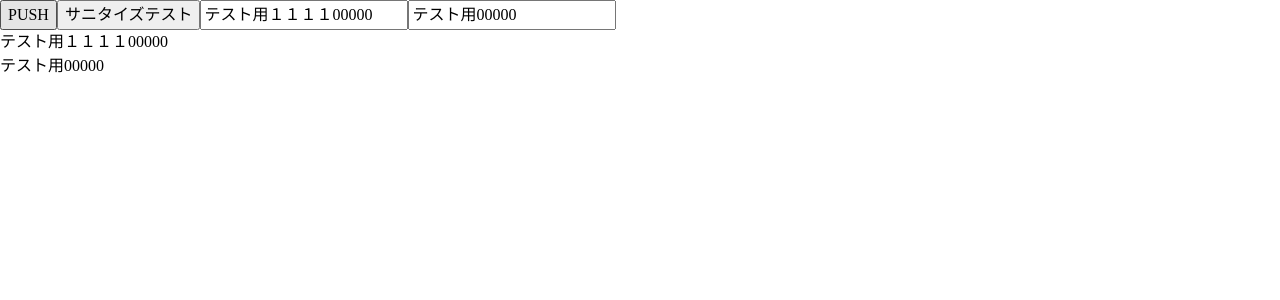
Repository: tsugitasu-japan/tsugitasu
Page: /test
These files come from the project's save history. The page is drawn as it stood at one moment and after the next save; the edit follows.
The browser window is 1280 px wide. The pictures show the whole page.
The project was rebuilt for these pictures with package versions that can differ from the ones it lists, and the page was loaded fresh each time. Also part of the build but not shown: src/views/Index.vue, src/views/SignUp.vue, src/views/Login.vue, src/views/Dashboard.vue, src/views/Profile.vue, src/views/CreateAuth.vue.

Above is the page before, as saved 2022-07-01 13:42:05.

### src/App.vue
<template>
<div>
  <router-view></router-view>
</div>
</template>

<script>

</script>

<style>

/*リセットCSS--------------------------------*/
*,
*::before,
*::after {
  box-sizing: border-box;
}
body,
h1,
h2,
h3,
h4,
p,
figure,
blockquote,
dl,
dd {
  margin: 0;
}
ul[role="list"],
ol[role="list"] {
  list-style: none;
}
html:focus-within {
  scroll-behavior: smooth;
}
body {
  min-height: 100vh;
  text-rendering: optimizeSpeed;
  line-height: 1.5;
}
a:not([class]) {
  text-decoration-skip-ink: auto;
}
img,
picture {
  max-width: 100%;
  display: block;
}
input,
button,
textarea,
select {
  font: inherit;
}
@media (prefers-reduced-motion: reduce) {
  html:focus-within {
    scroll-behavior: auto;
  }
  *,
  *::before,
  *::after {
    animation-duration: 0.01ms !important;
    animation-iteration-count: 1 !important;
    transition-duration: 0.01ms !important;
    scroll-behavior: auto !important;
  }
}
/*リセットcss終了---------------------------------*/

</style>

### src/components/Header.vue
<template>
  <header>
    <div class="header__left">
      <router-link class="link_style" to="/"><img src="../assets/logo.svg"></router-link>
    </div>
    <div class="header__right">
      <!-- 検索ボックス -->
      <div class="search__area">
        <input
        class="search__input"
        type="text"
        placeholder="キーワードで検索"
        v-model="SeachKeywords"
        >
        <button
          class="search__button"
          @click="GetArticle"
          >
          <img src="../assets/Icon-search.svg">
        </button>
      </div>
      <div class="link_login_button"><router-link class="link_login" to="/login"><div class="link_login_text">ログイン</div></router-link></div>
      <div class="link_signup_button"><router-link class="link_signup" to="/signup"><div class="link_signup_text">会員登録</div></router-link></div>
    </div>

  </header>

</template>

<script>
export default{
  data() {
    return{
    SeachKeywords:'',
    }
  },
  methods:{

  }
}
</script>

<style scoped lang="scss">
@import url('https://fonts.googleapis.com/css2?family=Noto+Sans+JP:wght@300;400;500;700&display=swap');

// @import url("yakuhanjp/dist/scss/yakuhanjp_s");
$main-color:#13CCCE;
$main-hover:#26ABAD;
$black:#2B2B2B;
// $main-font-family:'メイリオ', 'Meiryo','Hiragino Kaku Gothic ProN','ヒラギノ角ゴ ProN W3',sans-serif;
$main-font-family:'Noto Sans JP', sans-serif;
header{
  display: flex;
  align-items: center;
  justify-content: space-between;
  padding: 0px 24px 0px 24px;
  height: 68px;
  .header__left{
    padding: 15px 0 15px 0px;
  }
  .header__right{
    display: flex;
    align-items: center;
    justify-content: center;
    .search__area{
        border: solid 1px #E6E6E6;
        border-radius: 4px;
        width:255px;
        display: flex;
        justify-content: space-between;
        padding:2px;
        transition: 0.1s ease;
        &:hover{
          border: solid 1px #999999;
        }
        &:focus-within{
          border: solid 1px #999999;
        }
      .search__input{
        font-family: $main-font-family;
        font-size: 13px;
        font-weight: 400;
        color: $black;
        width:215px;
        height: 35px;
        border: none;
        letter-spacing: 0.2px;
        padding-left:10px;
        vertical-align:top;
        line-height: 1.5;

          &::placeholder{
          font-family: $main-font-family;
          color: #bcbcbc;
          font-weight: 300;
          }

          &:focus{
            background: transparent;
            outline: transparent;
          }
      }
      .search__button{
        background-color: transparent;
        border:none;
        width:35px;
        height:35px;
          img{
            margin:0 auto;
        }
      }
    }
    // ログイン・サインアップリンク
    .link_login_button{
      margin:0px 12px;
     .link_login{
       text-decoration: none;
       display:block;
       .link_login_text{
         font-family: $main-font-family;
         font-size: 13px;
         font-weight: 700;
         letter-spacing: 0.4px;
         color: #7F7F7F;
         padding: 9px 16px;
         transition: 0.1s ease;
        &:hover{
          color:$black;
        }
       }
     }
    }
    .link_signup_button{
     .link_signup{
       text-decoration: none;
       display:block;
       border-radius: 5px;
       background-color: $main-color;
       transition: 0.1s ease;
      &:hover{
        background-color:$main-hover;
      }
       .link_signup_text{
         font-family: $main-font-family;
         font-size: 13px;
         font-weight: 700;
         letter-spacing: 0.4px;
         color: #FFFFFF;
         padding: 10px 18px;
        display: flex;
        align-items: center;
        justify-content: center;
       }
     }
    }
  }
}

</style>

### src/components/HeaderLogin.vue
<template>
  <header>
    <div class="header__left">
      <router-link class="link_style" to="/dashboard"><img src="../assets/logo.svg"></router-link>
    </div>

    <div class="header__right">
      <div class="main_button">
        <router-link class="link_main_button" to="/">
          <div class="main_button_text">教材・授業検索へ</div>
        </router-link>
      </div>
      <!-- 検索ボックス -->
      <div class="search__area">
        <input class="search__input" type="text" placeholder="キーワードで検索" v-model="SeachKeywords">
        <button class="search__button" @click="GetArticle">
          <img src="../assets/Icon-search.svg">
        </button>
      </div>
      <!-- プロフィールメニュー -->
      <div class="profile_menu_contnair" :class="{bg_white:isShowMenu}">
        <div class="plofile_allshow" @click="isOpenMenu">
          <div class="profile_menu_left">
            <!-- <div class="test"></div> -->
            <div class="user_name">{{ CutUserName }}</div>
          </div>
          <div class="profile_menu_right">
            <img src="../assets/drop_triangle.svg" :class="{relote90:!isShowMenu}">
          </div>
        </div>
        <div class="profile_changeshow" v-if="isShowMenu">
          <routerLink to="/profile" class="prfile_menu_p prfile_menu_link_style menu_margin">マイプロフィール</routerLink>
          <routerLink to="/" class="prfile_menu_p prfile_menu_link_style">ログアウト</routerLink>
        </div>
      </div>
    </div>

  </header>

</template>

<script>
import axios from 'axios'

export default {
  data() {
    return {
      SeachKeywords: '',
      UserName: '小島聡太テスト',
      isShowMenu:false,
      CutUserName:'',
    }
  },
  // DOMのCreated時にユーザー情報を取得
  created() {
    axios.get(
      "/users",
    )
      .then(response => {
        console.log(response);
      });
    this.CutName();
  },
  methods: {
    isOpenMenu(){
      this.isShowMenu = !this.isShowMenu;
    },
    CutName(){
      if(this.UserName.length > 7){
        this.CutUserName =  this.UserName.substr(0,7) + '...';
      }
      else{
        this.CutUserName = this.UserName;
      }
    }
  }
}
</script>

<style scoped lang="scss">
@import url('https://fonts.googleapis.com/css2?family=Noto+Sans+JP:wght@300;400;500;700&display=swap');

// @import url("yakuhanjp/dist/scss/yakuhanjp_s");
$main-color: #13CCCE;
$main-hover: #26ABAD;
$black: #2B2B2B;
// $main-font-family:'メイリオ', 'Meiryo','Hiragino Kaku Gothic ProN','ヒラギノ角ゴ ProN W3',sans-serif;
$main-font-family: 'Noto Sans JP', sans-serif;

header {
  position:relative;
  display: flex;
  align-items: center;
  justify-content: space-between;
  padding: 0 210px 0 24px;
  height: 69px;
  border-bottom: 1px solid #ECECEC;
  .header__left{
        padding: 15px 0 15px 0px;
  }
  .header__right {
    display: flex;
    align-items: center;
    justify-content: center;

    .search__area {
      border: solid 1px #E6E6E6;
      border-radius: 4px;
      width: 255px;
      display: flex;
      justify-content: space-between;
      padding: 2px;
      transition: 0.1s ease;

      &:hover {
        border: solid 1px #999999;
      }

      &:focus-within {
        border: solid 1px #999999;
      }

      .search__input {
        font-family: $main-font-family;
        font-size: 13px;
        font-weight: 400;
        color: $black;
        width: 215px;
        height: 35px;
        border: none;
        letter-spacing: 0.2px;
        padding-left: 10px;
        vertical-align: top;
        line-height: 1.5;

        &::placeholder {
          font-family: $main-font-family;
          color: #bcbcbc;
          font-weight: 300;
        }

        &:focus {
          background: transparent;
          outline: transparent;
        }
      }

      .search__button {
        background-color: transparent;
        border: none;
        width: 35px;
        height: 35px;

        img {
          margin: 0 auto;
        }
      }
    }

    .main_button {
      margin-right: 16px;

      .link_main_button {
        text-decoration: none;
        display: block;
        border-radius: 5px;
        background-color: $main-color;
        transition: 0.2s ease;

        &:hover {
          background-color: $main-hover;
        }

        .main_button_text {
          font-family: $main-font-family;
          font-size: 12px;
          font-weight: 700;
          letter-spacing: 0.4px;
          color: #FFFFFF;
          padding: 11px 20px;
          display: flex;
          align-items: center;
          justify-content: center;
        }
      }
    }

    // プロフィールメニュー
    .profile_menu_contnair {
      position: absolute;
      top: 13px;
      right: 24px;
      width: 170px;
      background-color: #EBF1F1;
      border-radius: 4px;
      padding: 9px 12px 9px 14px;
      transition: .2s;
      &.bg_white{
        background-color: #FFFFFF;
        box-shadow: 0px 3px 20px rgba(75,75,75,0.16);
      }

      .plofile_allshow {
        display: flex;
        justify-content: space-between;
        align-items: center;
        cursor: pointer;
        padding: 1px 0;
        .profile_menu_right{
          img{
            transition: .2s;
            &.relote90{
            transform: rotate(-90deg);
          }
          }
        }
        .profile_menu_left {
          display: flex;
          align-items: center;


          .user_name {
            letter-spacing: 0.5px;
            color: #525252;
            font-family: $main-font-family;
            font-weight: 400;
            font-size: 14.5px;
          }
        }
      }
      .profile_changeshow{
        display: flex;
        flex-direction: column;
        padding-top: 14px;
        padding-bottom: 5px;
        display: inline-block;
        .prfile_menu_p{
            letter-spacing: 0.4px;
            color: #8a8a8a;
            font-family: $main-font-family;
            font-weight: 400;
            font-size: 14px;
            transition: .15s;
            display: block;

            &:hover{
              color:$main-hover;
            }
        }
        .prfile_menu_link_style{
          text-decoration: none;
          display: inline-block;
        }
        .menu_margin{
          margin-bottom: 14px;
        }
      }
    }
  }
}
</style>

### src/views/CreateClass.vue
<template>
  <header class="create_header header_position">
    <router-link to="/dashboard" class="back_link_style">やめる</router-link>
    <div class="button_contnair">
      <svg class="help_icon" xmlns="http://www.w3.org/2000/svg" width="24" height="24" viewBox="0 0 24 24">
        <g transform="translate(-993 -18.35)">
          <path class="help_icon_fill"
            d="M6.291,0A4.932,4.932,0,0,0,1.91,2.317a.612.612,0,0,0,.132.837l1.1.833a.611.611,0,0,0,.847-.106A2.47,2.47,0,0,1,6.093,2.622c.783,0,1.752.5,1.752,1.263,0,.574-.474.869-1.247,1.3C5.7,5.694,4.5,6.323,4.5,7.9v.249a.611.611,0,0,0,.611.611H6.958a.611.611,0,0,0,.611-.611V8c0-1.091,3.189-1.137,3.189-4.089C10.758,1.687,8.452,0,6.291,0ZM6.036,9.507A1.763,1.763,0,1,0,7.8,11.271,1.765,1.765,0,0,0,6.036,9.507Z"
            transform="translate(998.896 23.658)" fill="#cecece" />
          <circle class="help_icon_stroke" cx="11" cy="11" r="11" transform="translate(994 19.35)" fill="none"
            stroke="#cecece" stroke-width="2" />
        </g>
      </svg>
    </div>
  </header>
  <CreateClassContent></CreateClassContent>
</template>

<script>
  import CreateClassContent from '../components/CreateClassContent.vue'

  export default{
    components:{
      CreateClassContent
    }
  }
</script>

<style scoped lang="scss">
@import url('https://fonts.googleapis.com/css2?family=Noto+Sans+JP:wght@300;400;500;700&display=swap');

// @import url("yakuhanjp/dist/scss/yakuhanjp_s");
$main-color: #13CCCE;
$main-hover: #26ABAD;
$black: #2B2B2B;
$off-color: #999999;
// $main-font-family:'メイリオ', 'Meiryo','Hiragino Kaku Gothic ProN','ヒラギノ角ゴ ProN W3',sans-serif;
$main-font-family: 'Noto Sans JP', sans-serif;

.create_header {
  height: 60px;
  padding: 0px 24px 0px 24px;
  display: flex;
  justify-content: space-between;
  align-items: center;
  background-color: #FFFFFF;
  border-bottom: 1px solid #ECECEC;
  .button_contnair {
    width: 30px;
    height: 30px;
    position: relative;

    &:hover .help_icon_fill {
      fill: #8c8c8c;
    }

    &:hover .help_icon_stroke {
      stroke: #8c8c8c;
    }

    .help_icon {
      position: absolute;
      top: 0;
      left: 0;
      right: 0;
      bottom: 0;
      margin: auto;

      .help_icon_fill {
        transition: .1s;
      }

      .help_icon_stroke {
        transition: .1s;
      }
    }
  }

  .back_link_style {
    text-decoration: none;
    font-family: $main-font-family;
    font-size: 13.5px;
    font-weight: 700;
    color: $off-color;
    letter-spacing: 0.2px;
    transition: .2s ease;

    &:hover {
      color: $black;
    }
  }
}
</style>

### src/components/LamdaTest.vue
<template>
<button @click="createUserTest">PUSH</button>
<button @click="sanitizeAndEmit">サニタイズテスト</button>
<input v-model="math">
<input :value="math1" @input="event => value = event.target.value.replace(/[^0-9]/g, '')">
<p>{{math}}</p>
<p>{{math1}}</p>
</template>


<script>
import axios from 'axios'
export default{
  data(){
    return{
      math:'テスト用１１１１00000',
      math1:'テスト用00000'
    }
  },
  methods:{
    sanitizeAndEmit(){
      this.math.replace(/[^0-9０-９]/g, '');
      console.log('サニタイズ')
    },
    // サーバーに作成ユーザー情報を送信 Axios
    createUserTest() {
      axios.post(
        // LamdaURL
        'https://0dpf7vjoce.execute-api.ap-northeast-1.amazonaws.com/dev/user/entry/tmp',
        {
          body: {
            "email": "hoge@example.com",
            "password": "hogehoge345"
          }
        }
      );
    }
  }
}
</script>

### src/components/SignUpHeader.vue
<template>
  <header>
    <div class="signup__header__left">
      <router-link class="link_style" to="/"><img src="../assets/logo.svg"></router-link>
    </div>
    <div class="signup__header__right">
      <div class="link_login_button"><router-link class="link_login" to="/login"><div class="link_login_text">ログインはこちらから</div></router-link></div>
    </div>

  </header>

</template>

<style  scoped lang="scss">
@import url('https://fonts.googleapis.com/css2?family=Noto+Sans+JP:wght@300;400;500;700&display=swap');

// @import url("yakuhanjp/dist/scss/yakuhanjp_s");
$main-color:#13CCCE;
$main-hover:#26ABAD;
$black:#2B2B2B;
// $main-font-family:'メイリオ', 'Meiryo','Hiragino Kaku Gothic ProN','ヒラギノ角ゴ ProN W3',sans-serif;
$main-font-family:'Noto Sans JP', sans-serif;

header{
  display: flex;
  align-items: center;
  justify-content: space-between;
  padding: 14px 24px 14px 24px;
  border-bottom:1px solid #ECECEC ;

  // .header__left{

  // }
  .signup__header__right{
    // ログイン
    .link_login_button{
      margin:0px 12px;
     .link_login{
       text-decoration: none;
       display:block;
       .link_login_text{
         font-family: $main-font-family;
         font-size: 13px;
         font-weight: 500;
         letter-spacing: 0.4px;
         color: #7F7F7F;
         padding: 9px 0px;
         transition: 0.1s ease;
        &:hover{
          color:$black;
        }
       }
     }
    }
  }
}

</style>

### src/components/LogInHeader.vue
<template>
  <header>
    <div class="signup__header__left">
      <router-link class="link_style" to="/"><img src="../assets/logo.svg"></router-link>
    </div>
    <div class="signup__header__right">
      <div class="link_login_button"><router-link class="link_login" to="/signup"><div class="link_login_text">会員登録はこちらから</div></router-link></div>
    </div>

  </header>

</template>

<style  scoped lang="scss">
@import url('https://fonts.googleapis.com/css2?family=Noto+Sans+JP:wght@300;400;500;700&display=swap');

// @import url("yakuhanjp/dist/scss/yakuhanjp_s");
$main-color:#13CCCE;
$main-hover:#26ABAD;
$black:#2B2B2B;
// $main-font-family:'メイリオ', 'Meiryo','Hiragino Kaku Gothic ProN','ヒラギノ角ゴ ProN W3',sans-serif;
$main-font-family:'Noto Sans JP', sans-serif;

header{
  display: flex;
  align-items: center;
  justify-content: space-between;
  padding: 14px 24px 14px 24px;
  border-bottom:1px solid #ECECEC ;

  // .header__left{

  // }
  .signup__header__right{
    // ログイン
    .link_login_button{
      margin:0px 12px;
     .link_login{
       text-decoration: none;
       display:block;
       .link_login_text{
         font-family: $main-font-family;
         font-size: 13px;
         font-weight: 500;
         letter-spacing: 0.4px;
         color: #7F7F7F;
         padding: 9px 0px;
         transition: 0.1s ease;
        &:hover{
          color:$black;
        }
       }
     }
    }
  }
}

</style>

### src/components/MyProfile.vue
<template>
  <div class="profile_layout">
    <div class="self_introduce_contnair">
      <div class="self_introduce_contnair_left">
        <div class="img_area">
          <!-- 本当はユーザーのアイコンを設置 -->
          <div class="test_circle"></div>
        </div>
        <div class="text_area">
          <p class="profile_username_style username_padding">{{ username }}</p>
          <p class="profile_selfintro_style profile_selfintro_contnair">{{ selfIntroduction }}</p>
          <div class="follow_info_area">
            <router-link to="/profile/following" class="follow_info_style follow_info_margin_r"><span class="follow_num_style">{{ followNum }}</span> フォロー</router-link>
            <router-link to="/profile/followers" class="follow_info_style"><span class="follow_num_style">{{ followerNum }}</span> フォロワー</router-link>
          </div>
       </div>
      </div>
      <div class="button_area">
        <div class="edit_button">
          <router-link class="link_edit_button" to="/profile/edit">
            <div class="edit_button_text">設定</div>
          </router-link>
        </div>
      </div>
    </div>
  </div>
</template>

<script>
export default {
  data() {
    return {
      username: '小島聡太テスト',
      selfIntroduction: '愛知県名古屋市で数学教員をしています。 数学の問題と解答をブラッシュアップの目的も兼ねて、時々投稿しています。 愛知県名古屋市で数学教員をしています。 数学の問題と解答をブラッシュアップの目的も兼ねて、時々投稿しています。',
      followNum: '3',
      followerNum: '3',
    }
  }
}

</script>

<style scoped lang="scss">
@import url('https://fonts.googleapis.com/css2?family=Noto+Sans+JP:wght@300;400;500;700&display=swap');

// @import url("yakuhanjp/dist/scss/yakuhanjp_s");
$main-color: #13CCCE;
$main-hover: #26ABAD;
$black: #2B2B2B;
// $main-font-family:'メイリオ', 'Meiryo','Hiragino Kaku Gothic ProN','ヒラギノ角ゴ ProN W3',sans-serif;
$main-font-family: 'Noto Sans JP', sans-serif;

.profile_layout {
  margin-top: 65px;
  display: flex;
  justify-content: center;

  .self_introduce_contnair {
    width: 730px;
    display: flex;
    justify-content: space-between;
    padding-bottom: 42px;
    border-bottom: 1px solid #E6E6E6;
    .self_introduce_contnair_left{
      display: flex;
    .img_area {
      margin-right: 32px;
      .test_circle {
        width: 104px;
        height: 104px;
        border-radius: 57px;
        background-color: #2B2B2B;
      }
    }

    .text_area {
      .profile_username_style {
        font-family: $main-font-family;
        font-size: 22px;
        font-weight: 700;
        letter-spacing: 0.8px;
        color: $black;
      }

      .username_padding {
        padding-bottom: 10px;
      }

      .profile_selfintro_style {
        font-family: $main-font-family;
        font-size: 14px;
        font-weight: 400;
        letter-spacing: 0.4px;
        line-height: 1.94;
        color: $black;
      }

      .profile_selfintro_contnair {
        max-width: 500px;
      }

      .follow_info_area {
        display: flex;
        padding-top: 11px;

        .follow_info_style {
          font-family: $main-font-family;
          font-size: 14px;
          font-weight: 400;
          letter-spacing: 0.4px;
          color: #7F7F7F;
          text-decoration: none;
          .follow_num_style{
          font-family: $main-font-family;
          font-size: 15px;
          font-weight: 700;
          color: $black;
          }
        }
        .follow_info_margin_r{
          margin-right: 12px;
        }
      }
    }

    }
    .button_area {
      .edit_button {
        .link_edit_button {
          text-decoration: none;
          display: block;
          border-radius: 3px;
          background-color: #FFFFFF;
          border: 1px solid #D8D8D8;
          transition: 0.2s ease;

          &:hover {
            border: 1px solid #404040;
          }

          .edit_button_text {
            font-family: $main-font-family;
            font-size: 12.5px;
            font-weight: 700;
            letter-spacing: 0.4px;
            color: #404040;
            padding: 9px 26px;
            display: flex;
            align-items: center;
            justify-content: center;
          }
        }
      }
    }
  }
}
</style>

Loaded but not shown: public/index.html (common file); src/store/index.js (57 lines, source omitted); src/router.js (25 lines, source omitted); src/main.js (17 lines, source omitted); src/components/CreateClassContent.vue (979 lines, source omitted); src/components/DashboardSidebar.vue (249 lines, source omitted); src/components/SignUpContents.vue (426 lines, source omitted); src/components/DashboardClass.vue (342 lines, source omitted); src/components/CreateAuthContent.vue (234 lines, source omitted); src/components/LogInContents.vue (268 lines, source omitted)

After the next save:
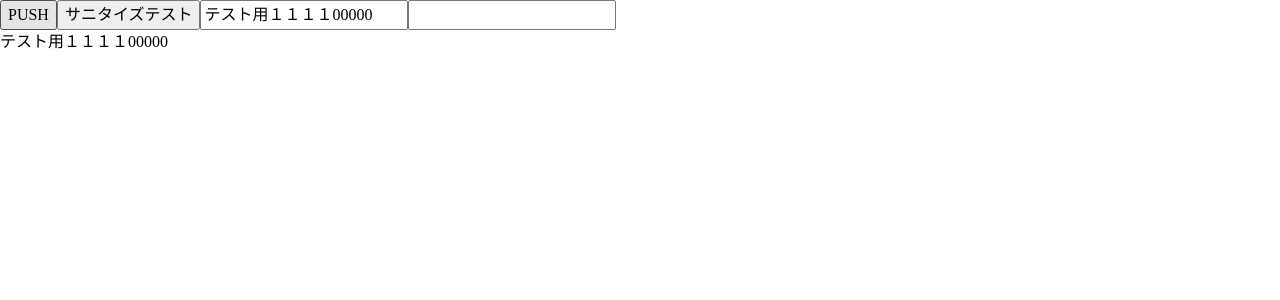
Saved 74 s later.
--- a/src/components/LamdaTest.vue
+++ b/src/components/LamdaTest.vue
@@ -2,7 +2,10 @@
 <button @click="createUserTest">PUSH</button>
 <button @click="sanitizeAndEmit">サニタイズテスト</button>
 <input v-model="math">
-<input :value="math1" @input="event => value = event.target.value.replace(/[^0-9]/g, '')">
+<input
+:value="math1"
+@input="event => value = event.target.value.replace(/[^0-9]/g, '')"
+>
 <p>{{math}}</p>
 <p>{{math1}}</p>
 </template>
@@ -14,7 +17,7 @@
   data(){
     return{
       math:'テスト用１１１１00000',
-      math1:'テスト用00000'
+      math1:''
     }
   },
   methods:{
